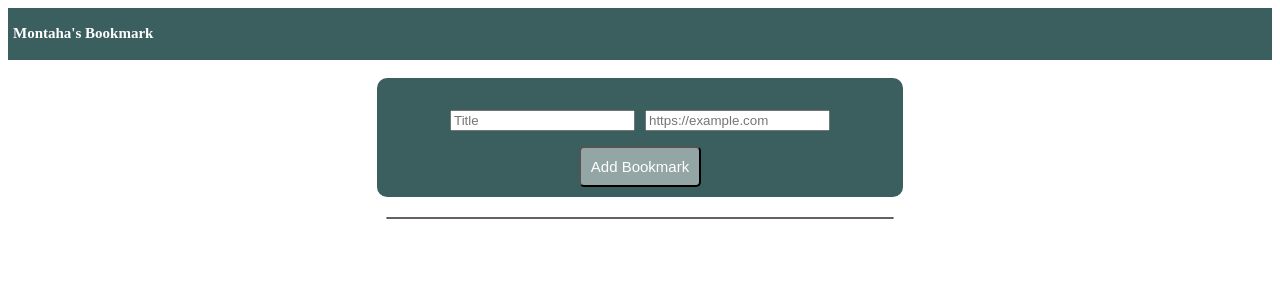
Repository: eidimontaha18-maker/finalproject
Page: index.html
An editor plug-in stored every save of this project. The page is shown before and after the next save, followed by the edit.
The browser window is 1280 px wide. The pictures show the whole page.

Above is the page before, as saved 2025-11-26 00:28:44.

After the next save:
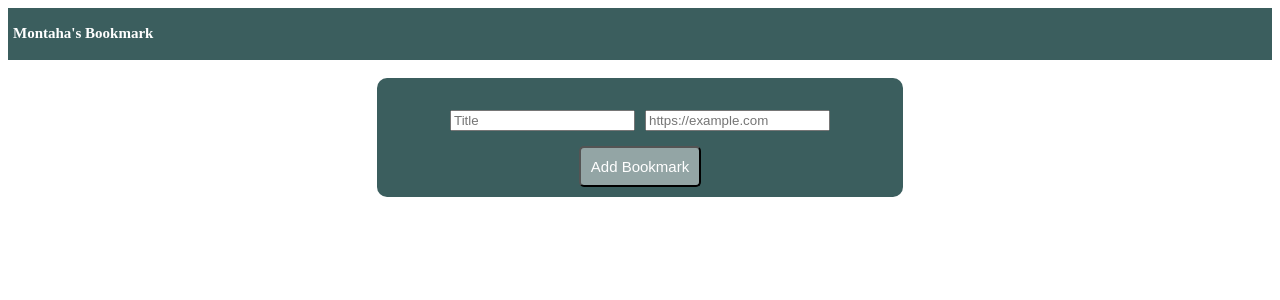
Saved 54 s later.
--- a/style.css
+++ b/style.css
@@ -32,8 +32,6 @@ nav{
     margin-top: 20px;
     padding: 0;
     list-style-type: none;
-    border: 1px solid #110505a2;
-    border-radius: 2px;
     text-decoration: none;
     font-size: 15px
 }
